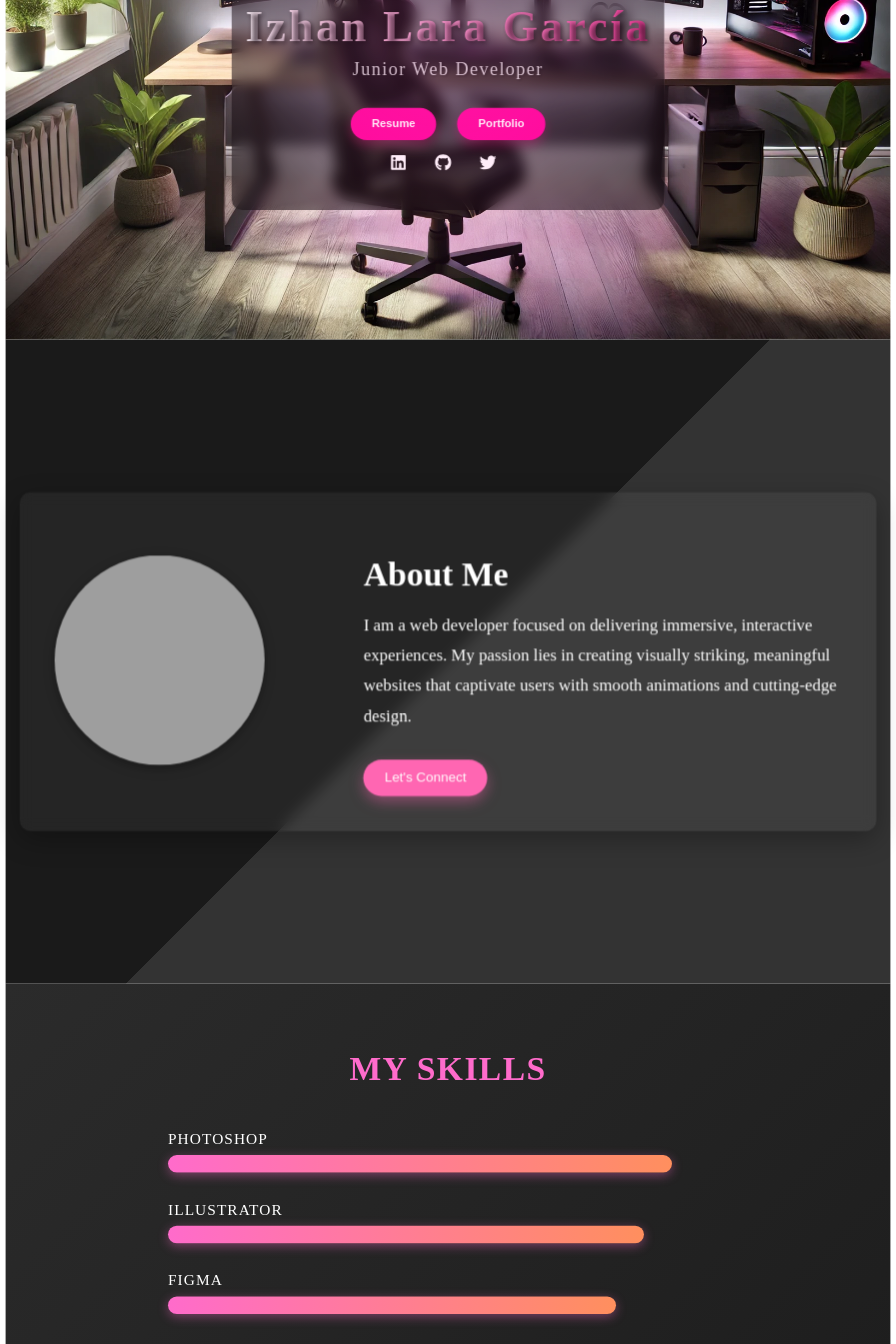
Repository: izhanlaraagarcia/izhanlaraagarcia.github.io
Page: / (app in vite-project/)
These files come from the project's save history. The page is drawn as it stood at one moment and after the next save; the edit follows.
The browser window is 1280 px wide. The pictures show the part of the page from y = 323 to 2243 px (the page is 3164 px tall), at 70% of full size.
Pictures or frames that could not be fetched are drawn as grey boxes. The project was rebuilt for these pictures with package versions that can differ from the ones it lists, and the page was loaded fresh each time. Also part of the build but not shown: vite-project/vite.config.js.

Above is the page before, as saved 2024-09-18 12:23:14.

### vite-project/index.html
<!doctype html>
<html lang="en">

<head>
  <meta charset="UTF-8" />
  <link rel="shortcut icon" href="./public/favicon.ico" type="image/x-icon">
  <meta name="viewport" content="width=device-width, initial-scale=1.0" />
  <title>IzzyLG</title>
</head>

<body>
  <div id="root"></div>
  <script type="module" src="/src/main.jsx"></script>
</body>

</html>

### vite-project/src/App.jsx
// App.js
import React, { useState } from 'react';
import HeaderComponent from './components/HeaderComponent';
import SkillsComponent from './components/SkillsComponent';
// import ExperienceComponent from './components/ExperienceComponent';
import FooterComponent from './components/FooterComponent';
// import { Link } from 'react-scroll';


function App() {
  const [language, setLanguage] = useState('en');

  const toggleLanguage = () => {
    setLanguage(prevLang => (prevLang === 'en' ? 'es' : 'en'));
  };
  return (
    <div className="App">
      <HeaderComponent onLanguageToggle={toggleLanguage} />
      <SkillsComponent />
      {/* <ExperienceComponent /> */}
      <FooterComponent />
    </div>
  );
}

export default App;

### vite-project/src/components/HeaderComponent.jsx

import React, { useState } from 'react';
import { motion } from 'framer-motion';
import { Link } from 'react-scroll';
import { FaLinkedin, FaGithub, FaTwitter } from 'react-icons/fa';
import USFlag from '../assets/us-flag.png';
import ESFlag from '../assets/es-flag.png';
import AboutComponent from './AboutComponent';

const HeaderComponent = () => {
  const [language, setLanguage] = useState('en');

  const translations = {
    en: {
      name: "Izhan Lara García",
      title: "Junior Web Developer",
      resume: "Resume",
      portfolio: "Portfolio",
      menu: {
        home: "Home",
        about: "About",
        skills: "Skills",
        experience: "Experience",
        contact: "Contact",
      },
    },
    es: {
      name: "Izhan Lara García",
      title: "Desarrollador Web Junior",
      resume: "Currículum",
      portfolio: "Portafolio",
      menu: {
        home: "Inicio",
        about: "Sobre mí",
        skills: "Habilidades",
        experience: "Experiencia",
        contact: "Contacto",
      },
    },
  };

  const toggleLanguage = () => {
    setLanguage((prevLang) => (prevLang === 'en' ? 'es' : 'en'));
  };

  return (
    <>
      <header className="header" id="header">
        <motion.nav
          className="nav"
          initial={{ opacity: 0, y: -50 }}
          animate={{ opacity: 1, y: 0 }}
          transition={{ delay: 0.5, duration: 1 }}
        >
          <ul className="nav-list">
            <li><Link to="header" smooth={true}>{translations[language].menu.home}</Link></li>
            <li><Link to="about" smooth={true}>{translations[language].menu.about}</Link></li>
            <li><Link to="skills" smooth={true}>{translations[language].menu.skills}</Link></li>
            <li><Link to="experience" smooth={true}>{translations[language].menu.experience}</Link></li>
            <li><Link to="footer" smooth={true} className="contact-btn">{translations[language].menu.contact}</Link></li>

            <li className="lang-btn-wrapper">
              <button className="lang-btn" onClick={toggleLanguage}>
                {language === 'en' ? (
                  <img src={ESFlag} alt="Spanish Flag" className="flag-icon" />
                ) : (
                  <img src={USFlag} alt="US Flag" className="flag-icon" />
                )}
              </button>
            </li>
          </ul>
        </motion.nav>

        <motion.div
          className="header-content"
          initial={{ opacity: 0 }}
          animate={{ opacity: 1 }}
          transition={{ duration: 1.5 }}
        >
          <motion.h1
            className="header-title"
            initial={{ scale: 0.8, y: -100 }}
            animate={{ scale: 1, y: 0 }}
            transition={{ duration: 1, ease: "easeOut" }}
            whileHover={{ scale: 1.05, color: "#f09" }}
          >
            {translations[language].name}
          </motion.h1>

          <p className="header-subtitle">
            {translations[language].title}
          </p>

          <div className="header-buttons">
            <motion.button whileHover={{ scale: 1.1 }} className="btn">
              {translations[language].resume}
            </motion.button>
            <motion.button whileHover={{ scale: 1.1 }} className="btn">
              {translations[language].portfolio}
            </motion.button>
          </div>

          <motion.div
            className="social-icons"
            initial={{ y: 50, opacity: 0 }}
            animate={{ y: 0, opacity: 1 }}
            transition={{ duration: 1, delay: 1 }}
          >
            <motion.a href="https://linkedin.com" target="_blank" whileHover={{ scale: 1.2 }}><FaLinkedin /></motion.a>
            <motion.a href="https://github.com" target="_blank" whileHover={{ scale: 1.2 }}><FaGithub /></motion.a>
            <motion.a href="https://twitter.com" target="_blank" whileHover={{ scale: 1.2 }}><FaTwitter /></motion.a>
          </motion.div>
        </motion.div>
      </header>

      {/* Sección About */}
      <AboutComponent language={language} />
    </>
  );
};

export default HeaderComponent;

### vite-project/src/components/SkillsComponent.jsx
// SkillsComponent.js
import React from 'react';
import { motion } from 'framer-motion';

const skills = [
  { name: 'Photoshop', level: '90%' },
  { name: 'Illustrator', level: '85%' },
  { name: 'Figma', level: '80%' },
  { name: 'React', level: '75%' },
  { name: 'CSS', level: '85%' },
  { name: 'JavaScript', level: '80%' },
];

const containerVariants = {
  hidden: { opacity: 0 },
  visible: {
    opacity: 1,
    transition: { staggerChildren: 0.2, delayChildren: 0.5 },
  },
};

const barVariants = {
  hidden: { width: '0%' },
  visible: (level) => ({
    width: level,
    transition: { duration: 2, type: 'spring', stiffness: 100 },
  }),
};

const SkillsComponent = () => {
  return (
    <motion.section
      id="skills"
      className="skills full-screen"
      initial="hidden"
      animate="visible"
      variants={containerVariants}
    >
      <motion.h3
        className="skills-title"
        initial={{ scale: 0 }}
        animate={{ scale: 1 }}
        transition={{ type: 'spring', stiffness: 200, duration: 1.5 }}
      >
        My Skills
      </motion.h3>

      <div className="skill-bars">
        {skills.map((skill, idx) => (
          <div key={idx} className="skill">
            <motion.span
              className="skill-name"
              initial={{ opacity: 0, y: -50 }}
              animate={{ opacity: 1, y: 0 }}
              transition={{ duration: 1, ease: 'easeOut' }}
            >
              {skill.name}
            </motion.span>
            <motion.div
              className="bar"
              custom={skill.level}
              variants={barVariants}
              initial="hidden"
              animate="visible"
            />
          </div>
        ))}
      </div>
    </motion.section>
  );
};

export default SkillsComponent;

### vite-project/src/components/FooterComponent.jsx
import React from 'react';
import { motion } from 'framer-motion';
import { FaEnvelope, FaPhone, FaLinkedin, FaGithub } from 'react-icons/fa';

const FooterComponent = () => {
  return (
    <motion.footer
      id="footer"
      className="footer"
      initial={{ opacity: 0 }}
      whileInView={{ opacity: 1 }}
      transition={{ duration: 1 }}
    >
      <div className="footer-content">
        <div className="contact-info">
          <h3>Contact Me</h3>
          <p>Jason Martin | Florida, Orlando</p>
          <p><FaEnvelope /> Email: jmartin@upwork.com</p>
          <p><FaPhone /> Phone: +1 555 555 5555</p>
        </div>

        <div className="contact-form">
          <h3>Send a Message</h3>
          <form>
            <input type="text" placeholder="Your Name" required />
            <input type="email" placeholder="Your Email" required />
            <textarea placeholder="Your Message" required></textarea>
            <motion.button
              type="submit"
              whileHover={{ scale: 1.05 }}
              transition={{ duration: 0.3 }}
              className="submit-btn"
            >
              Send
            </motion.button>
          </form>
        </div>

        <div className="social-links">
          <h3>Follow Me</h3>
          <motion.a
            whileHover={{ scale: 1.2 }}
            transition={{ duration: 0.3 }}
            href="https://linkedin.com"
            aria-label="LinkedIn"
          >
            <FaLinkedin />
          </motion.a>
          <motion.a
            whileHover={{ scale: 1.2 }}
            transition={{ duration: 0.3 }}
            href="https://github.com"
            aria-label="GitHub"
          >
            <FaGithub />
          </motion.a>
        </div>
      </div>

      <div className="footer-bottom">
        <p>&copy; {new Date().getFullYear()} Izhan Lara García</p>
      </div>
    </motion.footer>
  );
};

export default FooterComponent;

### vite-project/src/components/AboutComponent.jsx
import React from 'react';
import { motion } from 'framer-motion';

// Variantes de animación para un efecto impresionante
const containerVariants = {
  hidden: { opacity: 0, y: 100 },
  visible: {
    opacity: 1,
    y: 0,
    transition: { duration: 1.2, ease: "easeOut", when: "beforeChildren", staggerChildren: 0.3 }
  },
};

const textVariants = {
  hidden: { opacity: 0, y: 20 },
  visible: { opacity: 1, y: 0, transition: { duration: 1, ease: "easeOut" } }
};

const buttonVariants = {
  hover: {
    scale: 1.1,
    backgroundColor: "#ff66b2",
    transition: { duration: 0.3, yoyo: Infinity }
  }
};

const AboutComponent = ({ language }) => {
  const translations = {
    en: {
      title: "About Me",
      description: "I am a web developer focused on delivering immersive, interactive experiences. My passion lies in creating visually striking, meaningful websites that captivate users with smooth animations and cutting-edge design.",
      button: "Let's Connect",
    },
    es: {
      title: "Sobre Mí",
      description: "Soy un desarrollador web enfocado en crear experiencias inmersivas e interactivas. Mi pasión está en crear sitios web visualmente impactantes y significativos, que cautiven a los usuarios con animaciones fluidas y un diseño innovador.",
      button: "Conectemos",
    },
  };

  const t = translations[language] || translations['en'];

  return (
    <section id="about" className="about-section">
      <motion.div
        className="about-content"
        variants={containerVariants}
        initial="hidden"
        animate="visible"
      >
        {/* Imagen de perfil con efecto zoom */}
        <motion.div
          className="profile-image-wrapper"
          whileHover={{ scale: 1.05, rotate: 3 }}
          transition={{ duration: 0.6, ease: "easeOut" }}
        >
          <img
            src="https://fiverr-res.cloudinary.com/images/t_main1,q_auto,f_auto,q_auto,f_auto/gigs/343888962/original/6390876df1dceff78be91e8b27e84e33a85e5248/design-animated-discord-pfp-banner-avatar-and-icon.jpg"
            alt="Profile"
            className="profile-image"
          />
        </motion.div>

        {/* Texto del "About Me" con animación fluida */}
        <motion.div className="about-text" variants={textVariants}>
          <h2 className="about-title">{t.title}</h2>
          <p className="about-description">{t.description}</p>

          {/* Botón de contacto con animación vibrante */}
          <motion.button
            className="contact-btn"
            variants={buttonVariants}
            whileHover="hover"
          >
            {t.button}
          </motion.button>
        </motion.div>
      </motion.div>
    </section>
  );
};

export default AboutComponent;

Loaded but not shown: vite-project/src/main.jsx (common file); vite-project/src/index.css (522 lines, source omitted)

After the next save:
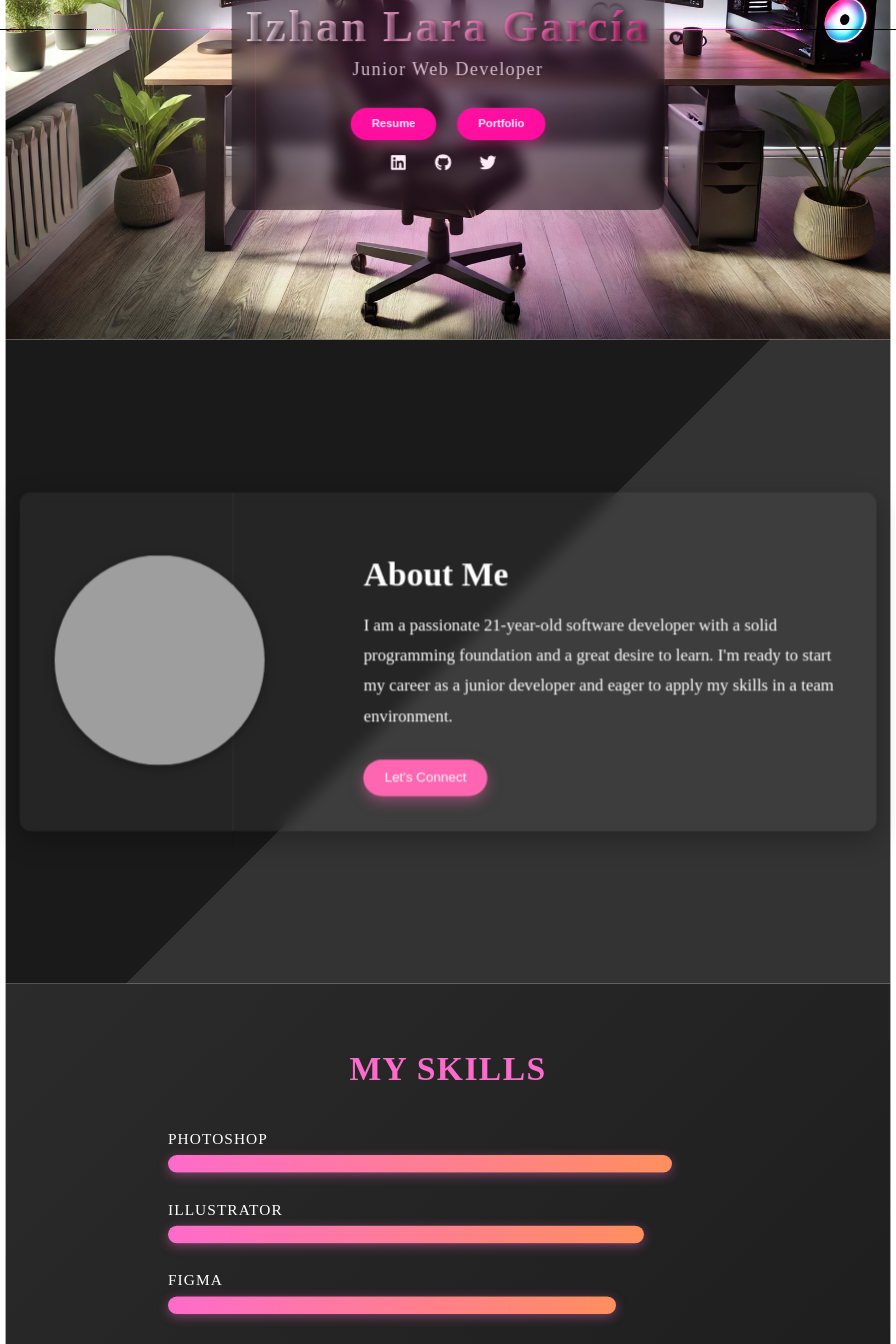
Saved 10 s later.
--- a/vite-project/src/components/AboutComponent.jsx
+++ b/vite-project/src/components/AboutComponent.jsx
@@ -28,12 +28,12 @@ const AboutComponent = ({ language }) => {
   const translations = {
     en: {
       title: "About Me",
-      description: "I am a web developer focused on delivering immersive, interactive experiences. My passion lies in creating visually striking, meaningful websites that captivate users with smooth animations and cutting-edge design.",
+      description: "I am a passionate 21-year-old software developer with a solid programming foundation and a great desire to learn. I'm ready to start my career as a junior developer and eager to apply my skills in a team environment.",
       button: "Let's Connect",
     },
     es: {
       title: "Sobre Mí",
-      description: "Soy un desarrollador web enfocado en crear experiencias inmersivas e interactivas. Mi pasión está en crear sitios web visualmente impactantes y significativos, que cautiven a los usuarios con animaciones fluidas y un diseño innovador.",
+      description: "Soy un apasionado desarrollador de software de 21 años con una sólida base en programación y un gran deseo de aprender. Estoy listo para comenzar mi carrera como desarrollador junior y aplicar mis habilidades en un entorno de equipo.",
       button: "Conectemos",
     },
   };
@@ -48,7 +48,6 @@ const AboutComponent = ({ language }) => {
         initial="hidden"
         animate="visible"
       >
-        {/* Imagen de perfil con efecto zoom */}
         <motion.div
           className="profile-image-wrapper"
           whileHover={{ scale: 1.05, rotate: 3 }}
@@ -61,12 +60,10 @@ const AboutComponent = ({ language }) => {
           />
         </motion.div>
 
-        {/* Texto del "About Me" con animación fluida */}
         <motion.div className="about-text" variants={textVariants}>
           <h2 className="about-title">{t.title}</h2>
           <p className="about-description">{t.description}</p>
 
-          {/* Botón de contacto con animación vibrante */}
           <motion.button
             className="contact-btn"
             variants={buttonVariants}
